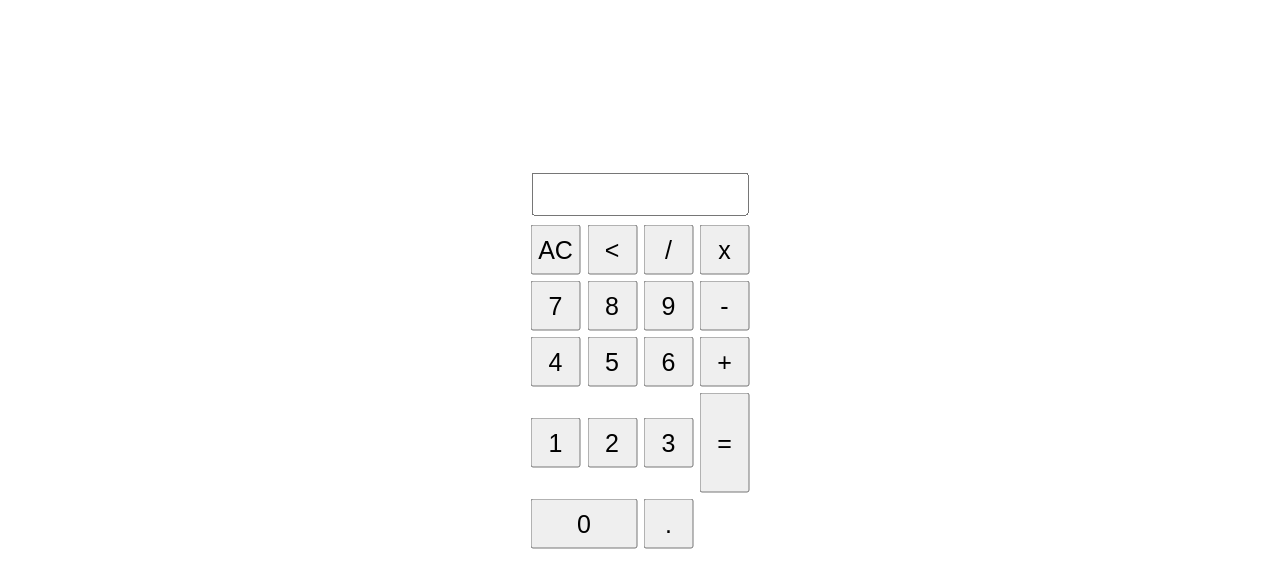
Repository: lacey-crenshaw/calculator
Page: index.html
The author's editor kept a copy of each file at every save. The page is drawn from the files as they stood at one save, then again after the next save.
The browser window is 1280 px wide. The pictures show the whole page.

Above is the page before, as saved 2020-02-14 09:58:59.

### index.html
<html>

<head>
    <link rel="stylesheet" href="style.css">
    <script>
        function insert(num) {
            document.form.textview.value = document.form.textview.value + num
        }

        function equal() {
            let exp = document.form.textview.value;
            if (exp) {
                document.form.textview.value = eval(exp)
            }
        }

        function ac() {
            document.form.textview.value = "";
        }

        function back() {
            let exp = document.form.textview.value;
            document.form.textview.value = exp.substring(0, exp.length - 1);
        }
    </script>
</head>

<body>
    <div class="main">
        <form name="form">
            <input class="textview" name="textview">
        </form>
        <table>
            <tr>
                <td><input class="button" type="button" value="AC" onclick="ac()"> </td>
                <td><input class="button" type="button" value="<" onclick="back()"> </td>
                <td><input class="button" type="button" value="/" onclick="insert('/')"> </td>
                <td><input class="button" type="button" value="x" onclick="insert('*')"> </td>
            </tr>
            <tr>
                <td><input class="button" type="button" value="7" onclick="insert(7)"></td>
                <td><input class="button" type="button" value="8" onclick="insert(8)"> </td>
                <td><input class="button" type="button" value="9" onclick="insert(9)"> </td>
                <td><input class="button" type="button" value="-" onclick="insert('-')"> </td>
            </tr>
            <tr>
                <td><input class="button" type="button" value="4" onclick="insert(4)"> </td>
                <td><input class="button" type="button" value="5" onclick="insert(5)"> </td>
                <td><input class="button" type="button" value="6" onclick="insert(6)"> </td>
                <td><input class="button" type="button" value="+" onclick="insert('+')"> </td>
            </tr>
            <tr>
                <td><input class="button" type="button" value="1" onclick="insert(1)"> </td>
                <td><input class="button" type="button" value="2" onclick="insert(2)"> </td>
                <td><input class="button" type="button" value="3" onclick="insert(3)"> </td>
                <td><input class="button" id="eq" type="button" value="=" onclick="equal()"></td>
            </tr>
            <tr>
                <td colspan="2"><input class="button" id="zero" type="button" value="0" onclick="insert(0)">
                </td>
                <td><input class="button" type="button" value="." onclick="insert('.')"> </td>
            </tr>
        </table>
    </div>
</body>

</html>

### style.css
*{
    margin:0;
    padding:0;
}

.button {
    width: 50;
    height: 50;
    font-size: 25;
    margin: 2;
    cursor: pointer;
}

.textview {
    width: 217;
    margin: 5;
    font-size: 25;
    padding: 5;
}

.main {
    position: absolute;
    top: 50%;
    left: 50%;
    transform: translateX(-50%) translateY(-50%);
}

#zero {
    width: 107;
}

#eq {
    height: 100;
}

After the next save:
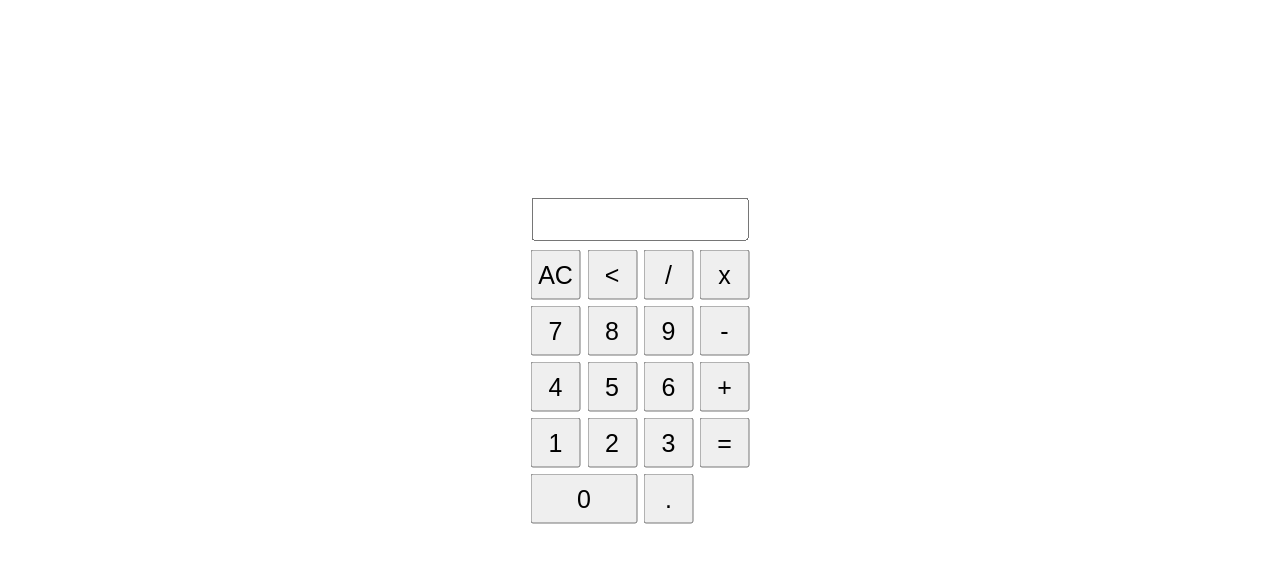
Saved 10 s later.
--- a/index.html
+++ b/index.html
@@ -53,7 +53,7 @@
                 <td><input class="button" type="button" value="1" onclick="insert(1)"> </td>
                 <td><input class="button" type="button" value="2" onclick="insert(2)"> </td>
                 <td><input class="button" type="button" value="3" onclick="insert(3)"> </td>
-                <td><input class="button" id="eq" type="button" value="=" onclick="equal()"></td>
+                <td><input class="button" type="button" value="=" onclick="equal()"></td>
             </tr>
             <tr>
                 <td colspan="2"><input class="button" id="zero" type="button" value="0" onclick="insert(0)">
